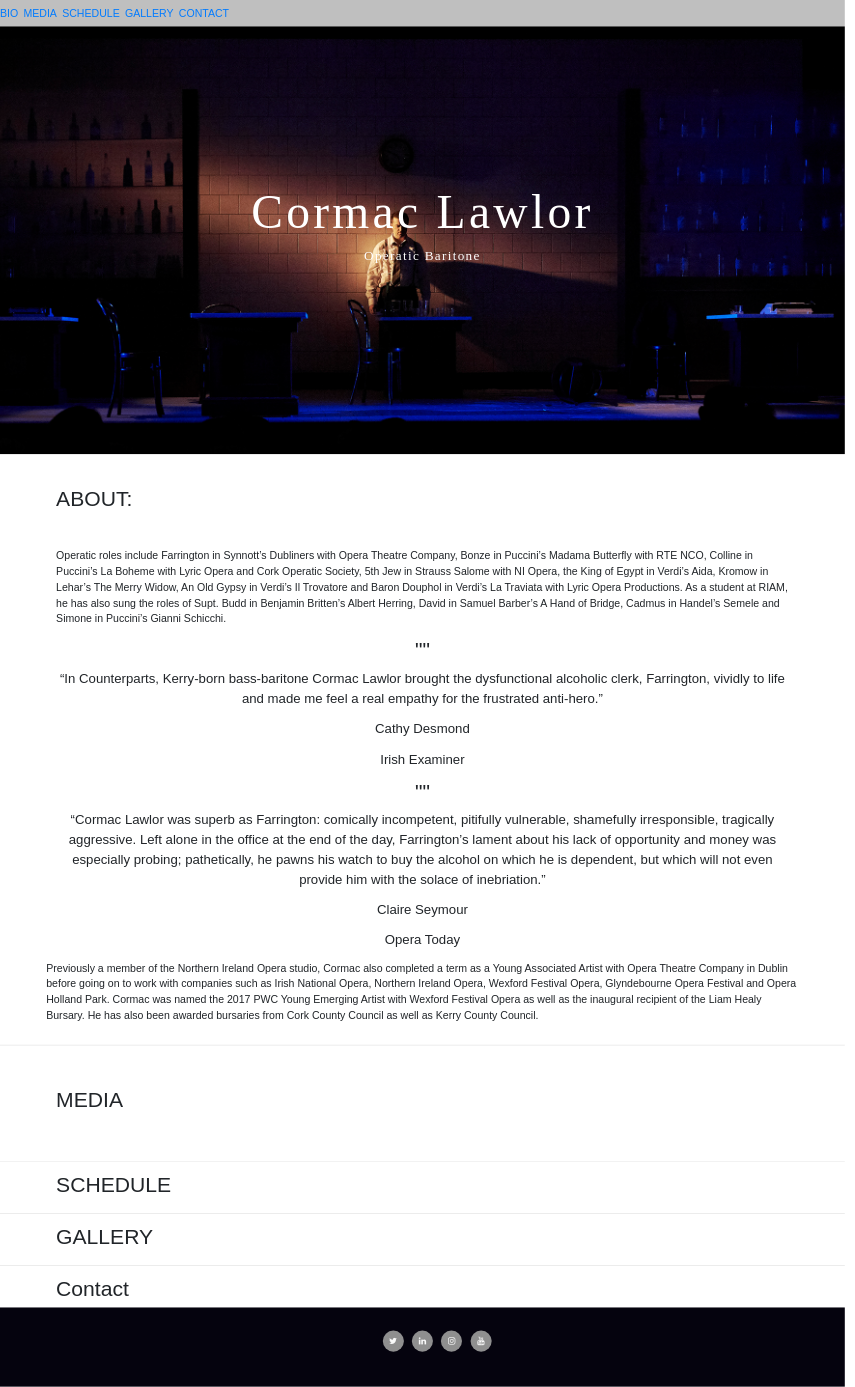
Repository: armedcor/frontend-project
Page: index.html
The author's editor kept a record of every edit. The page is drawn from the files as they stood at one moment, then again after the next edit.
The browser window is 1280 px wide. The page is 1295 px wide, so the pictures cover 1295 px, including what lies to the right of the window. The pictures show the whole page, at 66% of full size.
Backgrounds fixed to the window are drawn as part of the page.

Above is the page before.

### index.html
<!doctype html>
<html lang="en">

<head>
    <!-- Required meta tags -->
    <meta charset="utf-8">
    <meta name="viewport" content="width=device-width, initial-scale=1.0">

    <!-- Bootstrap CSS -->
    <link rel="stylesheet" href="https://stackpath.bootstrapcdn.com/bootstrap/4.3.1/css/bootstrap.min.css" integrity="sha384-ggOyR0iXCbMQv3Xipma34MD+dH/1fQ784/j6cY/iJTQUOhcWr7x9JvoRxT2MZw1T" crossorigin="anonymous">
    <!-- FontAwesome Link -->
    <link rel="stylesheet" href="https://stackpath.bootstrapcdn.com/font-awesome/4.7.0/css/font-awesome.min.css" type="text/css" />
    <!-- Local Style Sheet -->
    <link rel="stylesheet" href="assets/css/style.css" type="text/css" />
    <title>Cormac Lawlor | Baritone</title>
</head>

<body>
    <!-- Main landing image -->

    <nav class="navbar navbar-nav navbar-expand-sm">
        <ul class="navbar-nav mr-auto">
            <li class="active nav-item mr-2"><a class="page-scroll" href="#about-me">BIO</a></li>
            <li class="nav-item mr-2"><a class="page-scroll" href="#media">MEDIA</a></li>
            <li class="nav-item mr-2"><a class="page-scroll" href="#schedule">SCHEDULE</a></li>
            <li class="nav-item mr-2"><a class="page-scroll" href="#gallery">GALLERY</a></li>
            <li class="nav-item mr-2"><a class="page-scroll" href="#contact">CONTACT</a></li>
        </ul>
    </nav>

    <div class="container-fluid callout-container">
        <div class="row">
            <div class="col-12">
                <section class="jumbotron text-center">
                    <h1 class="display-4 jumbotron-header">Cormac Lawlor</h1>
                    <p class="lead jumbotron-text">Operatic Baritone</p>
                </section>
            </div>
        </div>
    </div>



    <!-- About me text including media quotes -->

    <div class="row">
        <section class="container" id="about-me">
            <div class="row">
                <div class="col-12 my-5">
                    <h2 class="text-uppercase">About:</h2>
                </div>
            </div>
            <div class="row bio">
                <div class="col-12">
                    <p>Operatic roles include Farrington in Synnott’s Dubliners with Opera Theatre Company, Bonze in Puccini’s Madama Butterfly with RTE NCO, Colline in Puccini’s La Boheme with Lyric Opera and Cork Operatic Society, 5th Jew in Strauss Salome
                        with NI Opera, the King of Egypt in Verdi’s Aida, Kromow in Lehar’s The Merry Widow, An Old Gypsy in Verdi’s Il Trovatore and Baron Douphol in Verdi’s La Traviata with Lyric Opera Productions. As a student at RIAM, he has also
                        sung the roles of Supt. Budd in Benjamin Britten’s Albert Herring, David in Samuel Barber’s A Hand of Bridge, Cadmus in Handel’s Semele and Simone in Puccini’s Gianni Schicchi.</p>
                </div>
            </div>
        </section>
    </div>
    <section class="container" id="quotes">
        <div class="row">
            <div class="col-12 mobile-hidden">
                <blockquote class="blockquote">
                    <h2>""</h2>
                    <p class="quote-text">“In Counterparts, Kerry-born bass-baritone Cormac Lawlor brought the dysfunctional alcoholic clerk, Farrington, vividly to life and made me feel a real empathy for the frustrated anti-hero.”</p>
                    <p class="quote-author"> Cathy Desmond</p>
                    <p class="quote-location">Irish Examiner</p>
                </blockquote>
            </div>
            <div class="col-12 col-xs-12">
                <blockquote class="blockquote">
                    <h2>""</h2>
                    <p="quote-text">“Cormac Lawlor was superb as Farrington: comically incompetent, pitifully vulnerable, shamefully irresponsible, tragically aggressive. Left alone in the office at the end of the day, Farrington’s lament about his lack of opportunity
                        and money was especially probing; pathetically, he pawns his watch to buy the alcohol on which he is dependent, but which will not even provide him with the solace of inebriation.”</p>
                        <p class="quote-author">Claire Seymour</p>
                        <p class="quote-location">Opera Today</p>
                </blockquote>
            </div>
        </div>
    </section>

    <section class="about-me container">
        <div class="row bio">
            <div class="col-6"></div>
            <p>Previously a member of the Northern Ireland Opera studio, Cormac also completed a term as a Young Associated Artist with Opera Theatre Company in Dublin before going on to work with companies such as Irish National Opera, Northern Ireland
                Opera, Wexford Festival Opera, Glyndebourne Opera Festival and Opera Holland Park. Cormac was named the 2017 PWC Young Emerging Artist with Wexford Festival Opera as well as the inaugural recipient of the Liam Healy Bursary. He has also
                been awarded bursaries from Cork County Council as well as Kerry County Council.</p>
        </div>
        </div>

    </section>

    <hr>

    <!-- Media section include soundcloud -->

    <section class="container" id="media">
        <div class="row">
            <div class="col-12 my-5">
                <h2 class="text-uppercase">Media</h2>
            </div>
        </div>
        <!--<div class="row">-->
        <!--    <div class="col-12">-->
        <!--        <iframe width="100%" height="166" scrolling="no" frameborder="no" allow="autoplay" src="https://w.soundcloud.com/player/?url=https%3A//api.soundcloud.com/tracks/420888168&color=%23ff5500&auto_play=-->
        <!--            false&hide_related=true&show_comments=true&show_user=true&show_reposts=false&show_teaser=true"></iframe>-->
        <!--    </div>-->
        <!--</div>-->
        <!--<div class="row">-->
        <!--    <div class="col-12 my-5">-->
        <!--        <iframe width="100%" height="166" scrolling="no" frameborder="no" allow="autoplay" src="https://w.soundcloud.com/player/?url=https%3A//api.soundcloud.com/tracks/420889467&color=%23ff5500&auto_play-->
        <!--            =false&hide_related=true&show_comments=true&show_user=true&show_reposts=false&show_teaser=true"></iframe>-->
        <!--    </div>-->
        <!--</div>-->
    </section>

    <hr>

    <section class="container" id="schedule">
        <div class="row">
            <div class="col-12">
                <h2 class="text-uppercase">Schedule</h2>
            </div>
        </div>
    </section>

    <hr>

    <section class="container" id="gallery">
        <div class="row">
            <div class="col-12">
                <h2 class="text-uppercase">Gallery</h2>
            </div>
        </div>
    </section>

    <hr>

    <section class="container" id="contact">
        <div class="row">
            <div class="col-12">
                <h2 class="text-upppercase">Contact</h2>
            </div>
        </div>
    </section>



</body>

<footer class="container-fluid">
    <div id="footer-details" class="row">
        <div class="col-12">
            <ul class="list-inline social-links">
                <li class="list-inline-item">
                    <a target="_blank" href="#">
                            <i class="fa fa-twitter" aria-hidden="true"></i>
                            <span class="sr-only">Twitter</span>
                        </a>
                </li>
                <li class="list-inline-item">
                    <a target="_blank" href="#">
                            <i class="fa fa-linkedin" aria-hidden="true"></i>
                            <span class="sr-only">LinkedIn</span>
                        </a>
                </li>
                <li class="list-inline-item">
                    <a target="_blank" href="#">
                            <i class="fa fa-instagram" aria-hidden="true"></i>
                            <span class="sr-only">Instagram</span>
                        </a>
                </li>
                <li class="list-inline-item">
                    <a target="_blank" href="#">
                            <i class="fa fa-youtube" aria-hidden="true"></i>
                            <span class="sr-only">Youtube</span>
                        </a>
                </li>
            </ul>
        </div>
    </div>

</footer>

</html>

### assets/css/style.css
@import url('https://fonts.googleapis.com/css?family=Exo+2:300i,400,400i,500
,
500i);

/*----------------------NavBar */

.nav-container {
 position: fixed;
 top: 0;
 left: 0;
 padding-left: 0;
 padding-right: 0;
}

.navbar {
    margin-bottom: 0;
    border: 0;
    width: 100%;
    background-color: rgba(0,0,0,0.25);
    z-index: 1;

}



/*-------------------- Body Containers */

.callout-container {
    height: 90vh;
    background: url("../photos/Cormac.jpg") no-repeat center center fixed;
    -webkit-background-size: cover;
    -moz-background-size: cover;
    -o-background-size: cover;
    background-size: cover;

    display: flex;
    align-items: center;
    justify-content: center;



}

/*----------------------General Fonts, paddings and special characters */




body {
    font-family: "Exo 2", sans-serif;
}

#quotes h2 p {
    text-align: center;
}

.blockquote {
    text-align: center;
}

@media (max-width: 999px) {
    .mobile-hidden {
        display: none;
    }

}

.jumbotron {
    background: transparent;
}

.jumbotron-header {
    font-family: 'Quattrocento', serif;
    color: white;
    letter-spacing: 5px;
    font-size: 72px;
}

.jumbotron-text {
    color: white;
    font-family: 'Quattrocento', serif;
    letter-spacing:2px;
    font-weight: 300
    font-family: 'Montserrat', sans-serif;
}







/*----------------------Footer */

footer {
    background-color: #05030e;
    color: #fafafa;
    min-height: 120px;
    margin: 0;
}



.social-links {
    padding-left: 45%;
    padding-top: 15px;
    padding-bottom: 15px;
}

.social-links li a i {
    width: 32px;
    height: 32px;
    padding: 12px 0;
    border-radius: 50%;
    font-size: 13px;
    line-height: 7px;
    text-align: center;
    color: #fafafa;
    background-color: #8f8f8f;
    transition: all 0.35s ease-in-out;
    -moz-transition: all 0.35s ease-in-out;
    -webkit-transition: all 0.35s ease-in-out;
    -o-transition: all 0.35s ease-in-out;
}

.social-links li a i:hover {
    background-color: #2662c1;
}

#footer-details {
    padding: 20px;
}



/*------- {
    background: #000 !important;
    color: #0f0 !important;
    outline: solid #f00 1px !important;
}

*/

After the next edit:
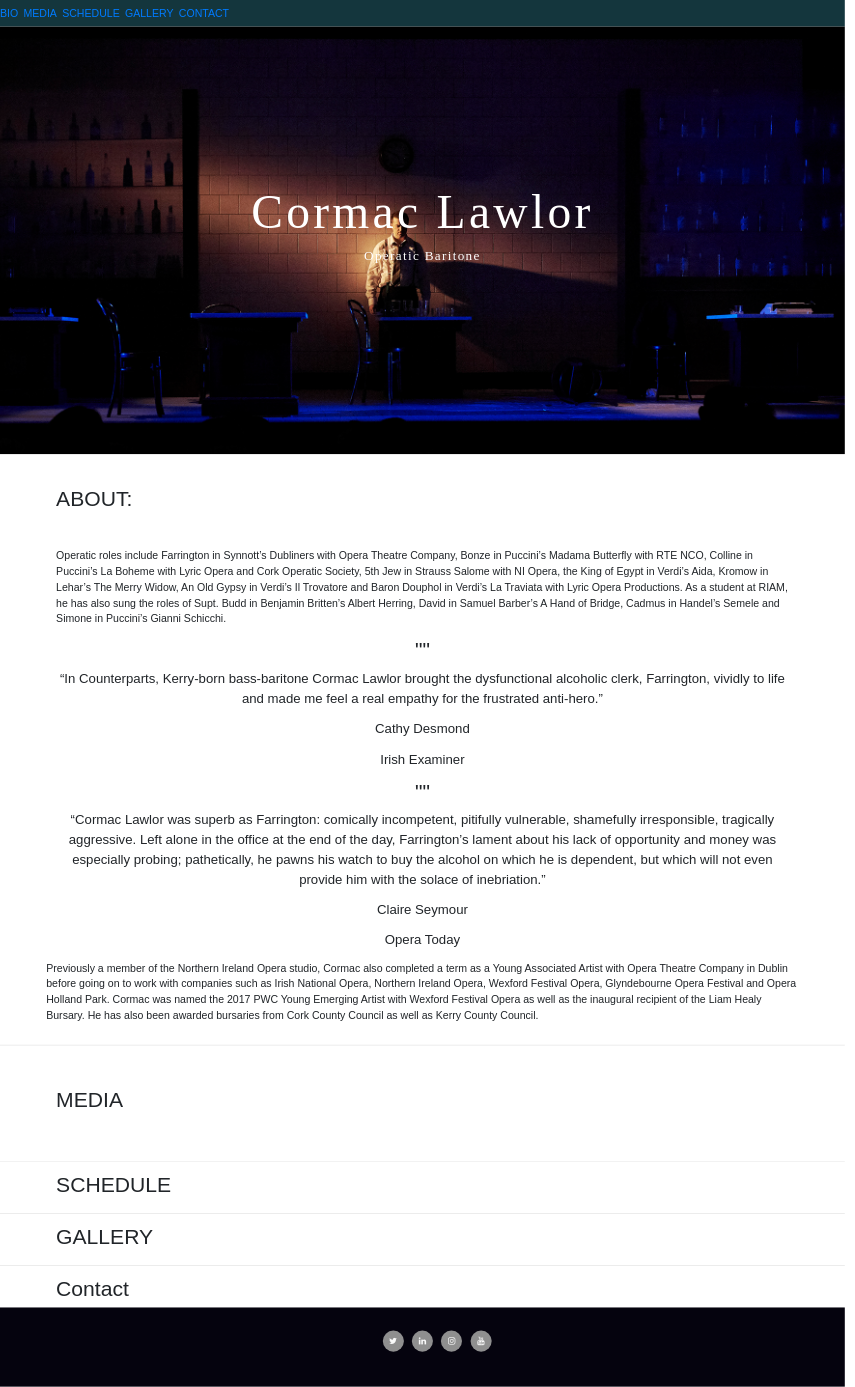
The edit:
--- a/assets/css/style.css
+++ b/assets/css/style.css
@@ -16,7 +16,7 @@
     margin-bottom: 0;
     border: 0;
     width: 100%;
-    background-color: rgba(0,0,0,0.25);
+    background-color: rgba(20,54,61,1);
     z-index: 1;
 
 }
